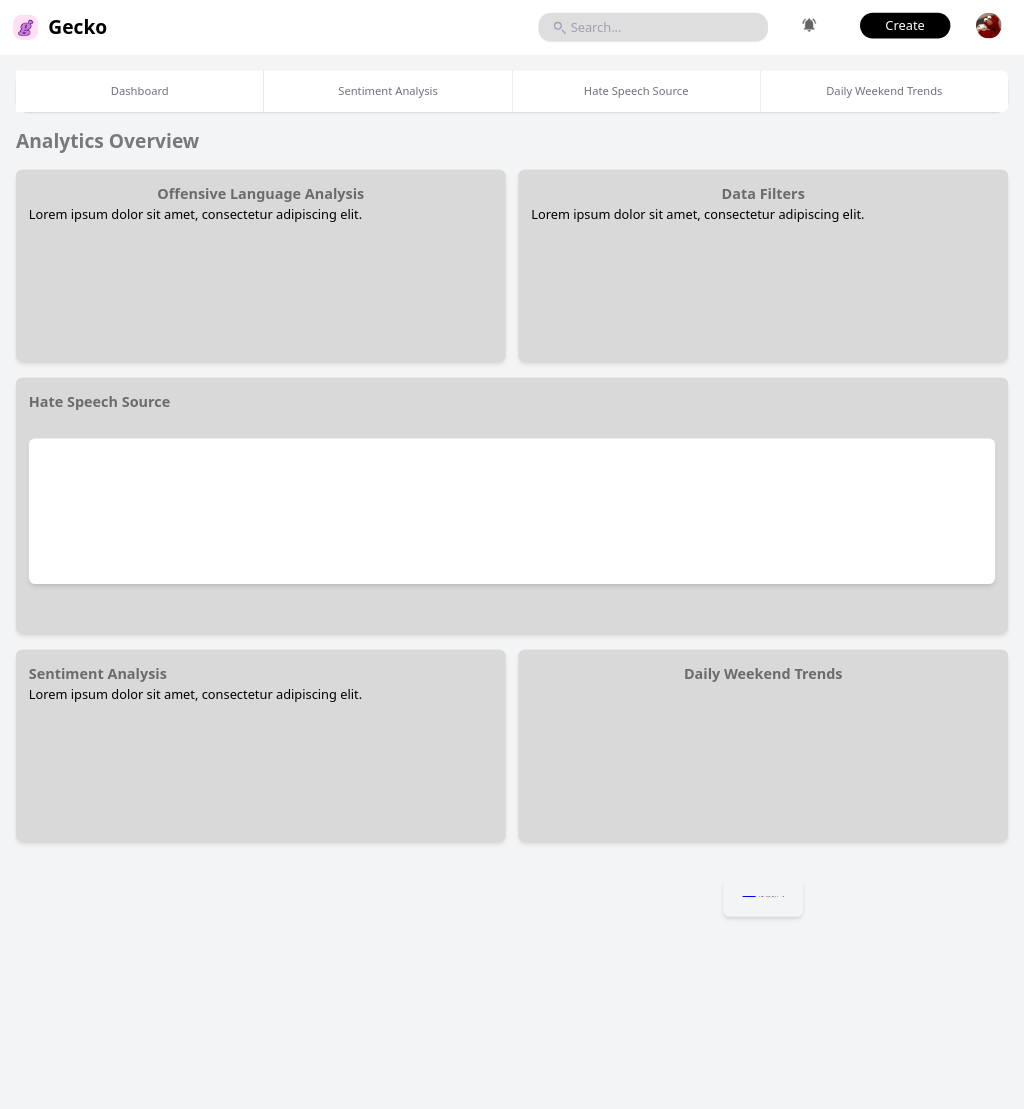
Repository: theamgri/thesis-website-nextjs
Page: website.html
The author's editor kept a copy of each file at every save. The page is drawn from the files as they stood at one save, then again after the next save.
The browser window is 1280 px wide. The pictures show the whole page, at 80% of full size.

Above is the page before, as saved 2023-10-04 05:00:43.
Console error: ReferenceError: Chart is not defined

### website.html
<!DOCTYPE html>
<html lang="en">
<head>
    <meta charset="UTF-8">
    <meta name="viewport" content="width=device-width, initial-scale=1.0">
    <title>Gecko</title>
    <link rel="icon" type="image/x-icon" href="/images/icon.png">
    <link href="https://cdn.jsdelivr.net/npm/tailwindcss@2.2.19/dist/tailwind.min.css" rel="stylesheet">


</head>
<body class="bg-gray-100">

<nav class="bg-white drop-shadow-2xl border-gray-200 dark:bg-gray-900">
    <div class="flex flex-wrap items-center justify-between mx-auto p-4">
      <a href="." class="flex items-center">
          <img src="images/icon.png" class="h-8 mr-3 rounded-xl" alt="Logo" />
          <span class="self-center text-2xl font-semibold whitespace-nowrap dark:text-white">Gecko</span>
      </a>
      <button data-collapse-toggle="navbar-default" type="button" class="inline-flex items-center p-2 w-10 h-10 justify-center text-sm text-gray-500 rounded-lg md:hidden hover:bg-gray-100 focus:outline-none focus:ring-2 focus:ring-gray-200 dark:text-gray-400 dark:hover:bg-gray-700 dark:focus:ring-gray-600" aria-controls="navbar-default" aria-expanded="false">
          <span class="sr-only">Open main menu</span>
          <svg class="w-5 h-5" aria-hidden="true" xmlns="http://www.w3.org/2000/svg" fill="none" viewBox="0 0 17 14">
              <path stroke="currentColor" stroke-linecap="round" stroke-linejoin="round" stroke-width="2" d="M1 1h15M1 7h15M1 13h15"/>
          </svg>
      </button>
      <div class="hidden w-full md:block md:w-auto drop-shadow-2xl" id="navbar-default">
        <ul class="font-medium flex flex-col p-4 md:p-0 mt-4 border border-gray-100 rounded-lg bg-gray-50 md:flex-row md:space-x-8 md:mt-0 md:border-0 md:bg-white dark:bg-gray-800 md:dark:bg-gray-900 dark:border-gray-700">
            <li>
                <div class="relative">
                    <input
                        type="text"
                        placeholder="Search..."
                        class="block w-full py-2 pl-10 pr-4 leading-5 rounded-2xl shadow-sm focus:ring focus:ring-blue-200 border-gray-300" style="background-color: #DEDEDE;"
                    />
                    <div class="absolute inset-y-0 left-0 pl-4 flex items-center pointer-events-none">
                        <svg
                            class="w-5 h-5 text-gray-400"
                            fill="none"
                            stroke="currentColor"
                            viewBox="0 0 24 24"
                            xmlns="http://www.w3.org/2000/svg"
                        >
                            <path
                                stroke-linecap="round"
                                stroke-linejoin="round"
                                stroke-width="2"
                                d="M21 21l-4.35-4.35"
                            />
                            <path
                                stroke-linecap="round"
                                stroke-linejoin="round"
                                stroke-width="2"
                                d="M15 10a5 5 0 11-10 0 5 5 0 0110 0z"
                            />
                        </svg>
                    </div>
                </div>

              </li>
            <li>
              <img src="images/bellbutton.png" class="h-8 mr-3 rounded-xl" alt="Notification Bell" />
          </li>
          <li>
            <button class="bg-black drop-shadow-2xl hover:bg-blue-700 text-white font-normal py-1 px-8 rounded-full">
              Create
            </button>
          </li>
          <li>
            <a href="your-link-here">
                <img src="images/user.jpg" class="h-8 mr-3 rounded-full" alt="Notification Bell" />
            </a>
        </li>


        </ul>
      </div>
    </div>
  </nav>
<!-- //SIDE NAVBAR -->


<div class="sm:hidden">
  <label for="tabs" class="sr-only">Select your country</label>
  <select id="tabs" class="bg-gray-50 border border-gray-300 text-gray-900 text-sm rounded-lg focus:ring-blue-500 focus:border-blue-500 block w-full p-2.5 dark:bg-gray-700 dark:border-gray-600 dark:placeholder-gray-400 dark:text-white dark:focus:ring-blue-500 dark:focus:border-blue-500">
      <option>Profile</option>
      <option>Canada</option>
      <option>France</option>
      <option>Germany</option>
  </select>
</div>
<ul class="m-5 rounded-2xl drop-shadow-xl hidden text-sm font-medium text-center text-gray-500 divide-x divide-gray-200 rounded-lg shadow sm:flex dark:divide-gray-700 dark:text-gray-400">
  <li class="w-full">
      <a href="#" class="inline-block w-full p-4 bg-white hover:text-gray-700 hover:bg-gray-50 focus:ring-4 focus:ring-blue-300 focus:outline-none dark:hover:text-white dark:bg-gray-800 dark:hover:bg-gray-700" aria-current="page">Dashboard</a>
  </li>
  <li class="w-full">
      <a href="#" class="inline-block w-full p-4 bg-white hover:text-gray-700 hover:bg-gray-50 focus:ring-4 focus:ring-blue-300 focus:outline-none dark:hover:text-white dark:bg-gray-800 dark:hover:bg-gray-700">Sentiment Analysis</a>
  </li>
  <li class="w-full">
      <a href="#" class="inline-block w-full p-4 bg-white hover:text-gray-700 hover:bg-gray-50 focus:ring-4 focus:ring-blue-300 focus:outline-none dark:hover:text-white dark:bg-gray-800 dark:hover:bg-gray-700">Hate Speech Source</a>
  </li>
  <li class="w-full">
      <a href="#" class="inline-block w-full p-4 bg-white rounded-r-lg hover:text-gray-700 hover:bg-gray-50 focus:ring-4 focus:outline-none focus:ring-blue-300 dark:hover:text-white dark:bg-gray-800 dark:hover:bg-gray-700">Daily Weekend Trends</a>
  </li>

</ul>



  <!-- <div class="mx-auto w-3/5 overflow-hidden">
    <canvas
      data-te-chart="bar"
      data-te-dataset-label="Traffic"
      data-te-labels="['Monday', 'Tuesday' , 'Wednesday' , 'Thursday' , 'Friday' , 'Saturday' , 'Sunday ']"
      data-te-dataset-data="[2112, 2343, 2545, 3423, 2365, 1985, 987]">
    </canvas>
  </div> -->

  <div class="ml-5 text-left font-bold text-2xl opacity-50">
    <h1>Analytics Overview</h1>
  </div>


  <div class="container mx-auto mt-0">
    <div class="m-5 grid grid-cols-1 md:grid-cols-2 lg:grid-cols-2 xl:grid-cols-2 gap-4">
        <!-- Container 1 -->
        <div class="bg-white p-4 rounded-lg shadow-md" style="background-color: #D9D9D9; height: 15rem;">
            <h2 class="text-lg text-center opacity-50 font-semibold" >Offensive Language Analysis</h2>
            <p>Lorem ipsum dolor sit amet, consectetur adipiscing elit.</p>
        </div>

        <!-- Container 2 -->
        <div class="bg-white p-4 rounded-lg shadow-md"  style="background-color: #D9D9D9; height: 15rem;">
            <h2 class="text-lg text-center opacity-50 font-semibold">Data Filters</h2>
            <p>Lorem ipsum dolor sit amet, consectetur adipiscing elit.</p>
        </div>
    </div>
    <div class="m-5 grid grid-cols-1 md:grid-cols-1 lg:grid-cols-1 xl:grid-cols-1 gap-4 mt-4">
        <!-- Container 3 -->
        <div class="bg-white p-4 rounded-lg shadow-md" style="background-color: #D9D9D9; height: 20rem;">
            <h2 class="text-lg opacity-50 font-semibold">Hate Speech Source</h2>

            <!-- <p>Lorem ipsum dolor sit amet, consectetur adipiscing elit.</p> -->

            <div class="container mx-auto mt-8">
              <div class="bg-white shadow-md p-4 rounded-lg">
                  <canvas id="lineChart"></canvas>
              </div>
          </div>

          <script>
            // Sample data
const dataa = {
    labels: ['January', 'February', 'March', 'April', 'May'],
    datasets: [{
        label: 'Sample Line Chart',
        data: [10, 20, 15, 30, 25],
        borderColor: 'rgb(75, 192, 192)',
        borderWidth: 2,
        fill: false
    }]
};

// Configuration options
const options = {
    responsive: true,
    maintainAspectRatio: false,
    scales: {
        y: {
            beginAtZero: true
        }
    }
};

// Get the canvas element
const ctx = document.getElementById('lineChart').getContext('2d');

// Create the line chart
const lineChart = new Chart(ctx, {
    type: 'line',
    data: data,
    options: options
});

          </script>
        </div>
    </div>
    <div class="m-5 grid grid-cols-1 md:grid-cols-2 lg:grid-cols-2 xl:grid-cols-2 gap-4 mt-4">
        <!-- Container 4 -->
        <div class="bg-white p-4 rounded-lg shadow-md" style="background-color: #D9D9D9; height: 15rem;">
            <h2 class="text-lg tex-center opacity-50 font-semibold">Sentiment Analysis</h2>
            <p>Lorem ipsum dolor sit amet, consectetur adipiscing elit.</p>
        </div>

        <!-- Container 5 -->
        <div class="bg-white p-4 rounded-lg shadow-md" style="background-color: #D9D9D9; height: 15rem;">
            <h2 class="text-lg text-center opacity-50 font-semibold">Daily Weekend Trends</h2>
            <div class="container mx-auto p-60">
              <div class="overflow-hidden rounded-lg shadow-md">

                <canvas class="p-6" id="barChart"></canvas>
              </div>
            </div>
            <script src="https://cdnjs.cloudflare.com/ajax/libs/Chart.js/3.9.1/chart.min.js"
              integrity="sha512-ElRFoEQdI5Ht6kZvyzXhYG9NqjtkmlkfYk0wr6wHxU9JEHakS7UJZNeml5ALk+8IKlU6jDgMabC3vkumRokgJA=="
              crossorigin="anonymous" referrerpolicy="no-referrer"></script>
            <script>
              const labels = ['Jan', 'Feb', 'Mar', 'Apr', 'May', 'Jun', 'Jul', 'Aug', 'Sep'];
              const data = {
                labels: labels,
                datasets: [
                  {
                    label: "Tailwind CSS",
                    backgroundColor: "blue",
                    borderColor: 'rgb(0, 0, 0)',
                    data: [112, 10, 225, 134, 101, 80, 50, 100, 200],
                    fill: false,
                  },
                ],
              };

              const configChart = {
                type: "bar",
                data,
                options: {},
              };

              var chartLine = new Chart(
                document.getElementById("barChart"),
                configChart
              );
            </script>
        </div>
    </div>
</div>

<!-- Analytics Overview -->

<!-- <div class="shadow-lg rounded-lg overflow-hidden">
  <div class="py-3 px-5 bg-gray-50">Pie chart</div>
  <canvas class="p-1 ml-40 mr-40" id="chartPie"></canvas>
</div>

Required chart.js
<script src="https://cdn.jsdelivr.net/npm/chart.js"></script>

Chart pie
<script>
  const dataPie = {
    labels: ["JavaScript", "Python", "Ruby"],
    datasets: [
      {
        label: "My First Dataset",
        data: [300, 50, 100],
        backgroundColor: [
          "rgb(133, 105, 241)",
          "rgb(164, 101, 241)",
          "rgb(101, 143, 241)",
        ],
        hoverOffset: 4,
      },
    ],
  };

  const configPie = {
    type: "pie",
    data: dataPie,
    options: {},
  };

  var chartBar = new Chart(document.getElementById("chartPie"), configPie);
</script>
   -->
</body>
</html>

After the next save:
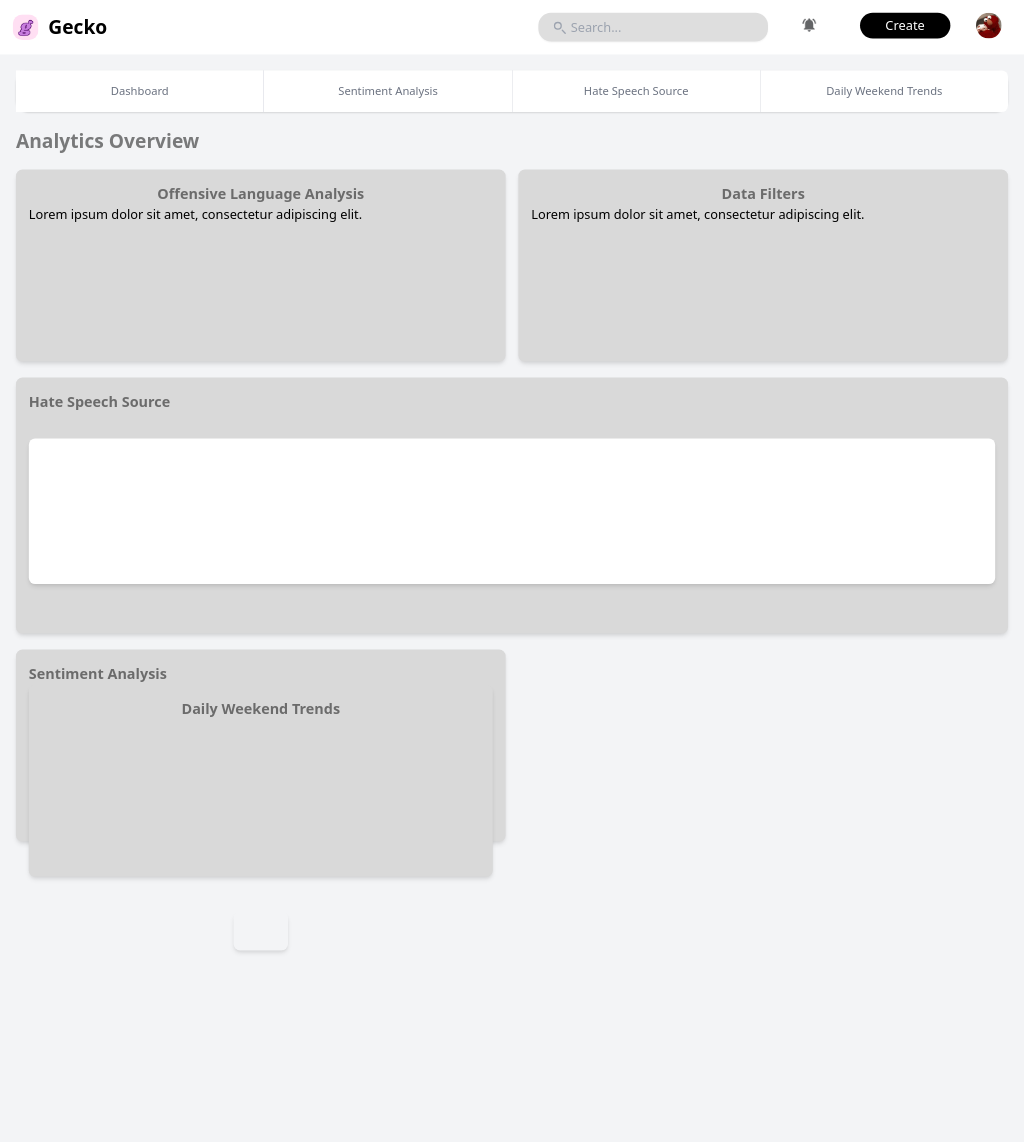
Saved 13 s later.
--- a/website.html
+++ b/website.html
@@ -188,8 +188,8 @@
         <!-- Container 4 -->
         <div class="bg-white p-4 rounded-lg shadow-md" style="background-color: #D9D9D9; height: 15rem;">
             <h2 class="text-lg tex-center opacity-50 font-semibold">Sentiment Analysis</h2>
-            <p>Lorem ipsum dolor sit amet, consectetur adipiscing elit.</p>
-        </div>
+
+
 
         <!-- Container 5 -->
         <div class="bg-white p-4 rounded-lg shadow-md" style="background-color: #D9D9D9; height: 15rem;">
@@ -230,6 +230,7 @@
               );
             </script>
         </div>
+      </div>
     </div>
 </div>
 

After the save that followed:
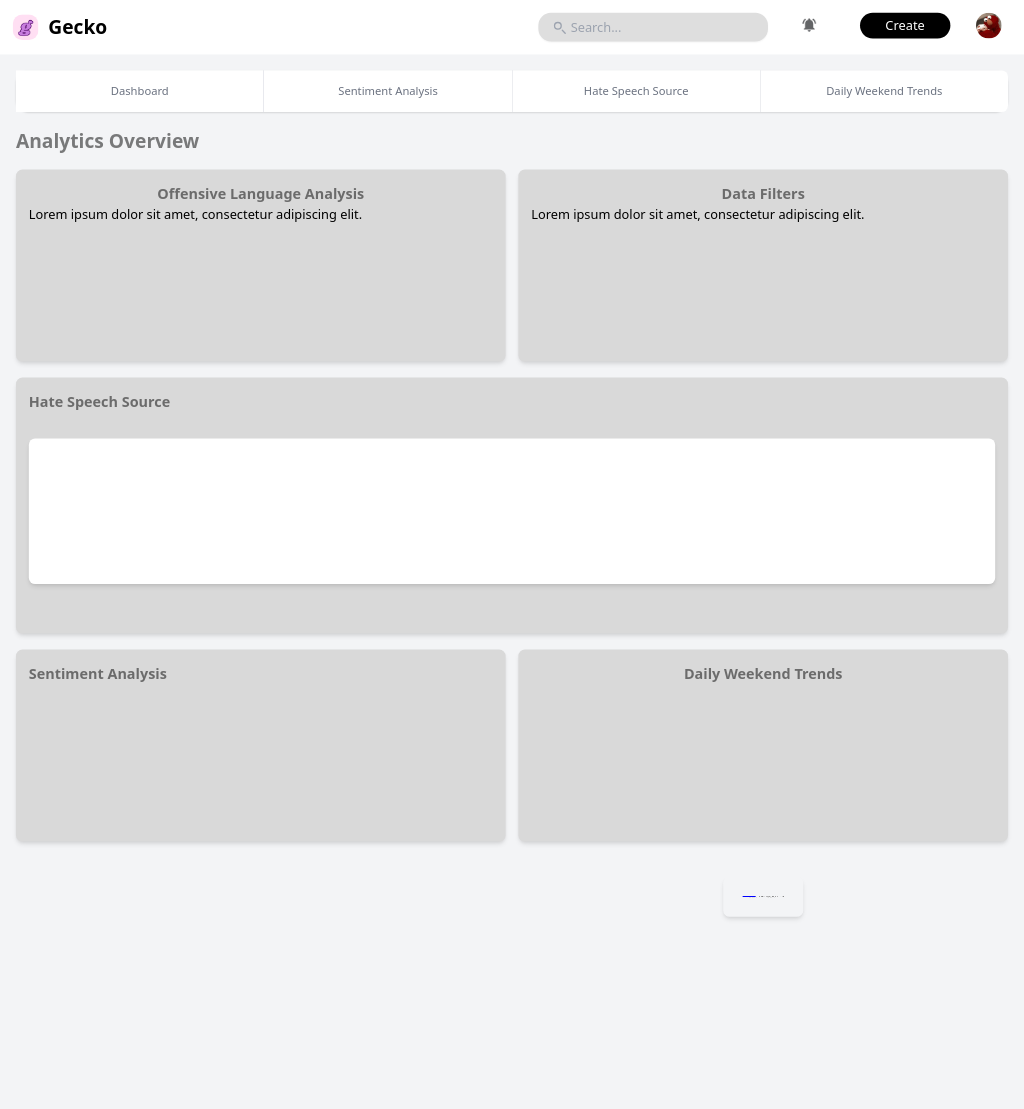
Saved 8 s later.
--- a/website.html
+++ b/website.html
@@ -189,7 +189,7 @@
         <div class="bg-white p-4 rounded-lg shadow-md" style="background-color: #D9D9D9; height: 15rem;">
             <h2 class="text-lg tex-center opacity-50 font-semibold">Sentiment Analysis</h2>
 
-
+        </div>
 
         <!-- Container 5 -->
         <div class="bg-white p-4 rounded-lg shadow-md" style="background-color: #D9D9D9; height: 15rem;">
@@ -230,7 +230,6 @@
               );
             </script>
         </div>
-      </div>
     </div>
 </div>
 
